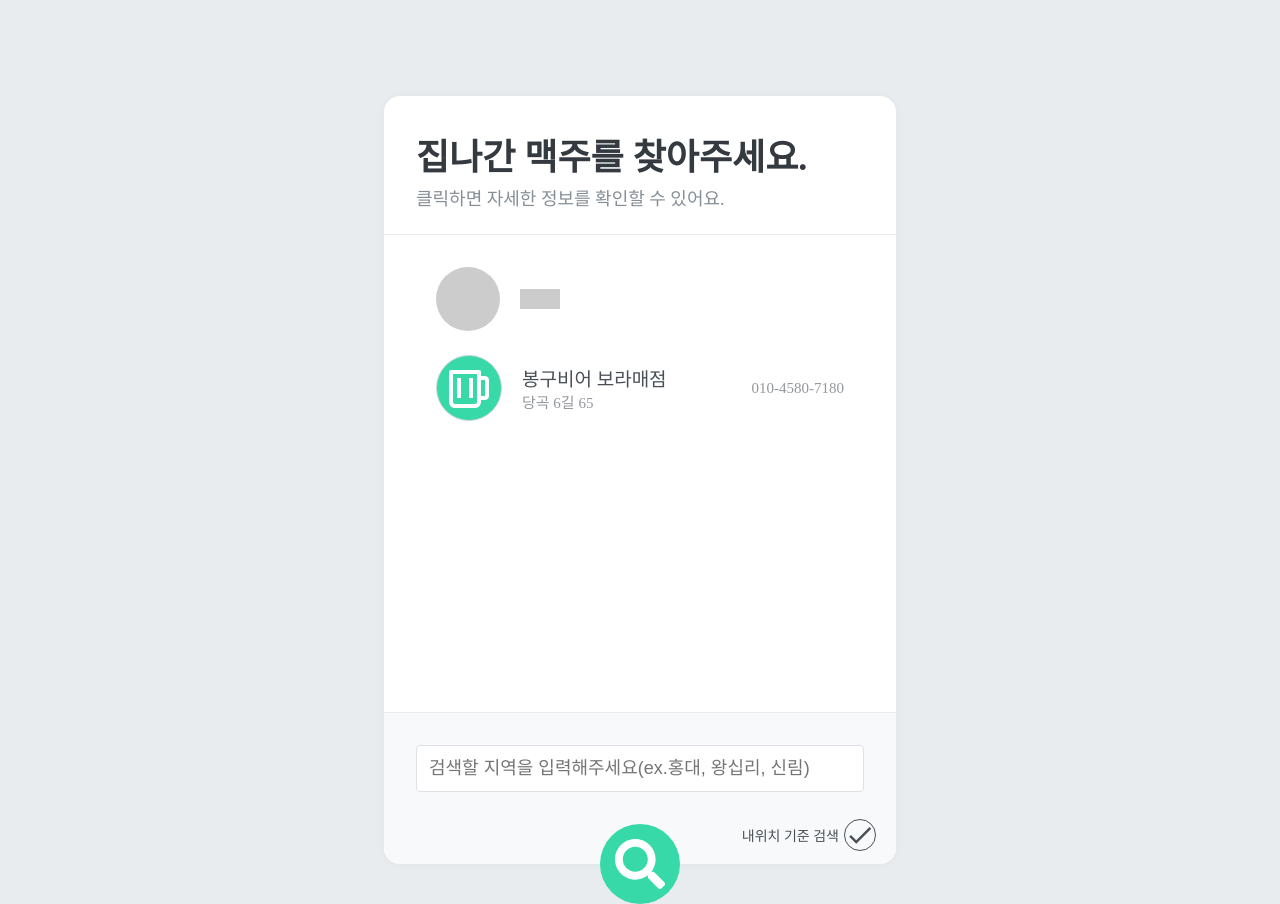
Repository: THE-SOPT-WEB/kimNamjun
Page: / (app in week4/bring-my-beer/)
The author's editor kept a copy of each file at every save. The page is drawn from the files as they stood at one save, then again after a run of saves.
The browser window is 1280 px wide. The pictures show the whole page.
The project was rebuilt for these pictures with package versions that can differ from the ones it lists, and the page was loaded fresh each time.

Above is the page before, as saved 2022-05-13 03:29:41.

After the next 2 saves:
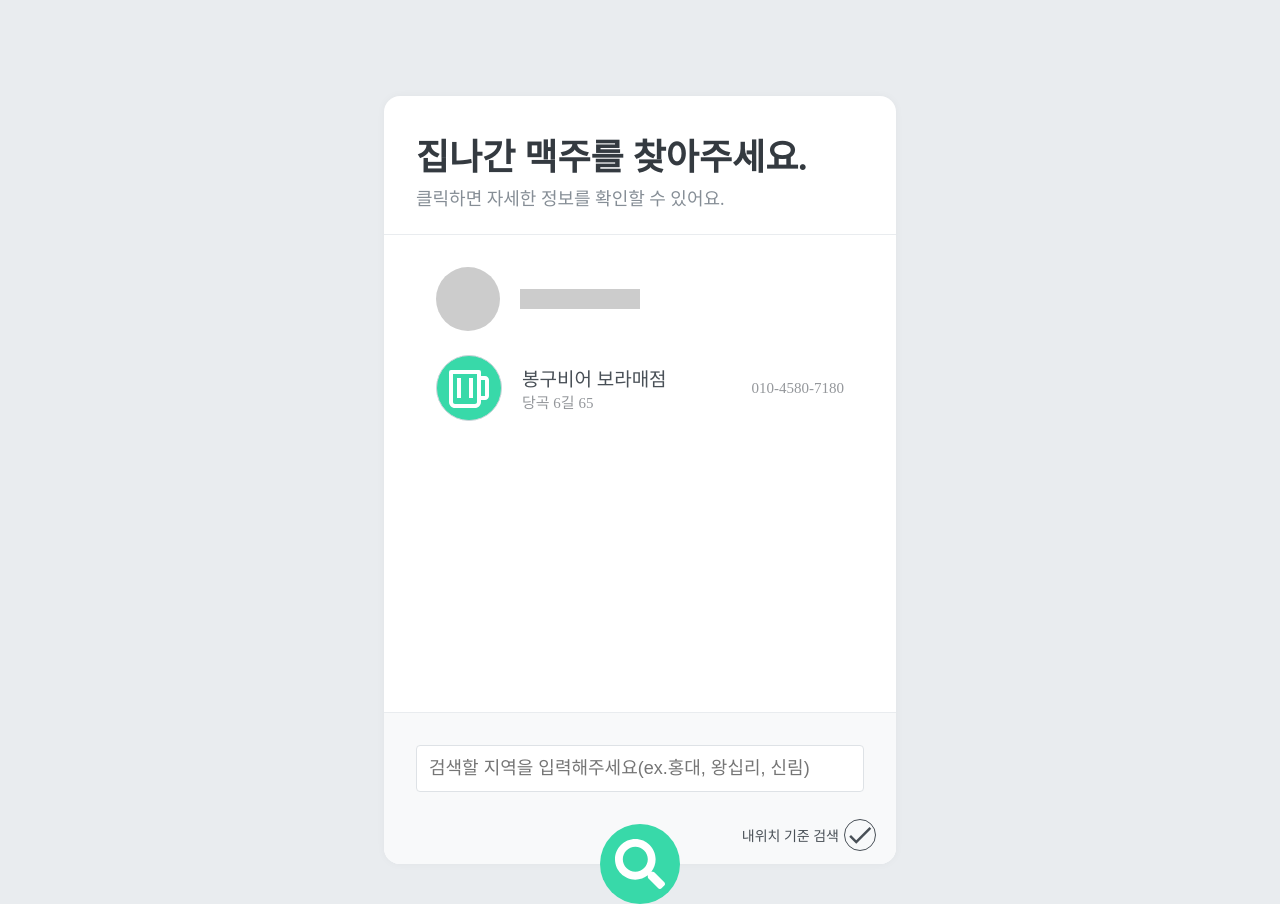
The 2 saves are shown as one change because they came seconds apart.
The last was saved 27 s later.
--- a/week4/bring-my-beer/src/components/SkeletonItem.jsx
+++ b/week4/bring-my-beer/src/components/SkeletonItem.jsx
@@ -28,7 +28,7 @@ const Adress = styled.div`
 `
 
 const  Contact = styled.div`
-  width: 20px;
+  width: 100px;
   height:20px;
   background-color: #ccc;
 `
